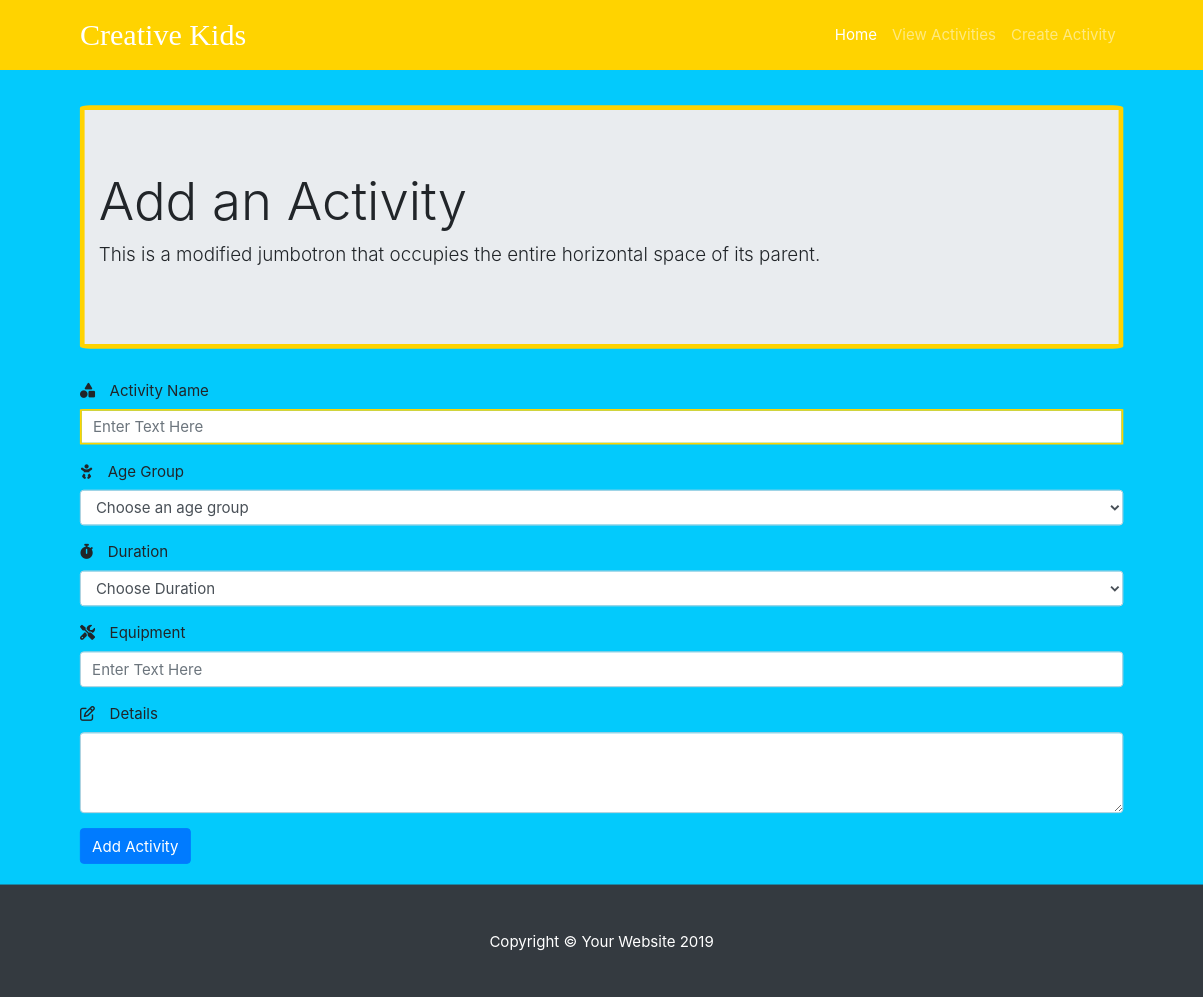
Repository: Neilfoster/milestone_project_3
Page: http://localhost/add_activity
The author's editor kept a record of every edit. The page is drawn from the files as they stood at one moment, then again after the next edit.
The browser window is 1280 px wide. The pictures show the whole page, at 94% of full size.
Some web fonts or font styles are not loaded; a fallback is used. Some web libraries are served in a nearby version. The page is served by the project's application, run on Flask 3 (app.py). Queries for data that is not in the repository find no rows.

Above is the page before.

### templates/add_activity.html
{% extends "base.html" %} {% block content %}
<div class="container">
    <!-- Heading -->
    <div class="jumbotron jumbotron-fluid cstm_jumb">
        <div class="container">
            <h1 class="display-4">Add an Activity</h1>
            <p class="lead">This is a modified jumbotron that occupies the entire horizontal space of its parent.</p>
        </div>
    </div>

    <!--forum -->
    <form action="{{url_for('insert_activity')}}" method="POST">
        <div class="form-group">
            <i class="fas fa-shapes fa-1x "></i>
            <label class="forum_text" for="activity_name">Activity Name</label>
            <input type="text" class="form-control add_forum" id="activity_name" name="activity_name" placeholder="Enter Text Here" required>
        </div>
        <div class="form-group">
            <i class="fas fa-baby "></i>
            <label class="forum_text" for="age_group">Age Group</label>
            <select class="form-control" id="age_group" name="age_group" required>
               <option value="" disabled selected>Choose an age group</option>
               {% for age in ages %}
               <option value="{{age.age_group.capitalize()}}">{{age.age_group.capitalize()}}</option>
               {% endfor %}
            </select>
        </div>
        <div class="form-group">
            <i class="fas fa-stopwatch "></i>
            <label class="forum_text" for="activity_duration">Duration</label>
            <select class="form-control" id="activity_duration" name="activity_duration" required>
                <option value="" disabled selected>Choose Duration</option>
                {% for duration in durations %}
                 <option value="{{duration.activity_duration.capitalize()}}">{{duration.activity_duration.capitalize()}}</option>
                {% endfor %}
            </select>
        </div>
        <div class="form-group">
            <i class="fas fa-tools "></i>
            <label class="forum_text" for="equipment">Equipment</label>
            <input type="text" class="form-control" id="equipment" name="equipment" placeholder="Enter Text Here" required>
        </div>

        <div class="form-group">
            <i class="far fa-edit "></i>
            <label class="forum_text" for="details">Details</label>
            <textarea class="form-control" id="details" name="details" rows="3" required></textarea>
        </div>

        <button class="btn btn-primary my_button" type="submit" name="action">Add Activity</button>
</div>
</form>
{% endblock %}

### templates/base.html
<!DOCTYPE html>
<html lang="en">

<head>

  <meta charset="utf-8">
  <meta name="viewport" content="width=device-width, initial-scale=1, shrink-to-fit=no">
  <meta name="description" content="">
  <meta name="author" content="">

  <title>Creative Kids</title>

  <!-- Bootstrap core CSS -->
  <link href="static/css/bootstrap.min.css" rel="stylesheet">

  <!-- CDN for Bootstrap core CSS -->
  <!-- <link rel="stylesheet" href="https://stackpath.bootstrapcdn.com/bootstrap/4.3.1/css/bootstrap.min.css" type="text/css" /> -->

  <!-- Custom styles for this template -->
  <link href="static/css/small-business.css" rel="stylesheet">

  <!-- Custom styles-->
  <link href="static/css/style.css" rel="stylesheet">

  <!-- Google Fonts-->
  <link href="https://fonts.googleapis.com/css?family=Butterfly+Kids&display=swap" rel="stylesheet">

</head>

<body>

  <!-- Navigation -->
  <nav class="navbar navbar-expand-lg navbar-dark fixed-top cstmnav">
    <div class="container">
      <a class="navbar-brand nav_txt" href="{{url_for('get_activities')}}">Creative Kids</a>
      <button class="navbar-toggler" type="button" data-toggle="collapse" data-target="#navbarResponsive" aria-controls="navbarResponsive" aria-expanded="false" aria-label="Toggle navigation">
        <span class="navbar-toggler-icon"></span>
      </button>
      <div class="collapse navbar-collapse" id="navbarResponsive">
        <ul class="navbar-nav ml-auto">
          <li class="nav-item active">
            <a class="nav-link" href="{{url_for('get_activities')}}">Home
              <span class="sr-only">(current)</span>
            </a>
          </li>
          <li class="nav-item">
            <a class="nav-link" href="{{url_for('activity_view')}}">View Activities</a>
          </li>
          <li class="nav-item">
            <a class="nav-link" href="{{url_for('add_activity')}}">Create Activity</a>
          </li>

        </ul>
      </div>
    </div>
  </nav>

  {% block content %} {% endblock %}



  <!-- Footer -->
  <footer class="py-5 bg-dark">
    <div class="container">
      <p class="m-0 text-center text-white">Copyright &copy; Your Website 2019</p>
    </div>
    <!-- /.container -->
  </footer>


  <!-- Bootstrap core JavaScript -->
  <script src="static/js/jquery.min.js"></script>
  <script src="static/js/bootstrap.bundle.min.js"></script>

<!-- Font Awesome js-->
  <script src="https://kit.fontawesome.com/8aa891fdce.js" crossorigin="anonymous"></script>
</body>

</html>

### app.py
import os
from flask import Flask, render_template, redirect, request, url_for, jsonify
from flask_pymongo import PyMongo, pymongo
from bson.objectid import ObjectId

app = Flask(__name__)

app.config["MONGO_DBNAME"] = 'milestoneproject3me'
app.config["MONGO_URI"] = os.environ.get('mongo_uri')

mongo = PyMongo(app)

@app.route('/')
@app.route('/get_activities')
def get_activities():
    return render_template("home.html",
    activities=mongo.db.Activities.find())

@app.route('/activity_view')
def activity_view():
    # activities=mongo.db.Activities.find().limit(6)

    ages = mongo.db.ages.find()
    durations = mongo.db.duration.find()

    user_supplied_age_group = request.form['age_group']
    user_supplied_activity_duration = request.form['activity_duration']


    activities = mongo.db.Activities.find(
           {
            'age_group': user_supplied_age_group,
            'activity_duration': user_supplied_activity_duration
           }
    )

    return render_template('activity_view.html', ages, durations, activities)


@app.route('/add_activity', methods=['POST', 'GET'])
def add_activity():
    return render_template('add_activity.html',
    ages=mongo.db.ages.find(),
    durations=mongo.db.duration.find())

@app.route('/insert_activity', methods=['POST'])
def insert_activity():
    activities=mongo.db.Activities
    activities.insert_one(request.form.to_dict())
    return redirect(url_for('activity_view'))


if __name__ == "__main__":
    app.run(host=os.environ.get('IP'),
        port=int(os.environ.get('PORT')),
        debug=True)

### static/css/style.css
body {
    background-color: #03cafc;

}

.forum_text {
    margin-left: 1%;
}

.my_button{
    margin-bottom: 2%;
}

.cstmnav{
    background-color: #ffd300;
}

.cstm_jumb{
    border: 5px solid #ffd300;
    border-radius:1%;
    margin-top: 5%;
}

.cstm_select {
    border: 2px solid #ffd300;
    border-radius:1%;
    margin-top:1%;
    margin-bottom: 1%;
}

.cstm_card {
    border: 2px solid #ffd300;
    border-radius:1%;
    margin:1%;
}

.cstm_jumb_home{
    background-color: #ffd300;
}

.nav_txt {
    font-size:2rem;
    font-family: 'Butterfly Kids', cursive;
}

.home_title {
    font-family: 'Butterfly Kids', cursive;
    font-size:3rem;
}

.add_forum {
     border: 2px solid #ffd300;
    border-radius:1%;
}

.add_title {
    font-family: 'Butterfly Kids', cursive;
    font-size: 4rem;
}

.crd_img {
    height: 5%;
    width: 5%;
}

Loaded but not shown: static/css/bootstrap.min.css (library); static/css/small-business.css (common file); static/js/jquery.min.js (library); static/js/bootstrap.bundle.min.js (library)

After the next edit:
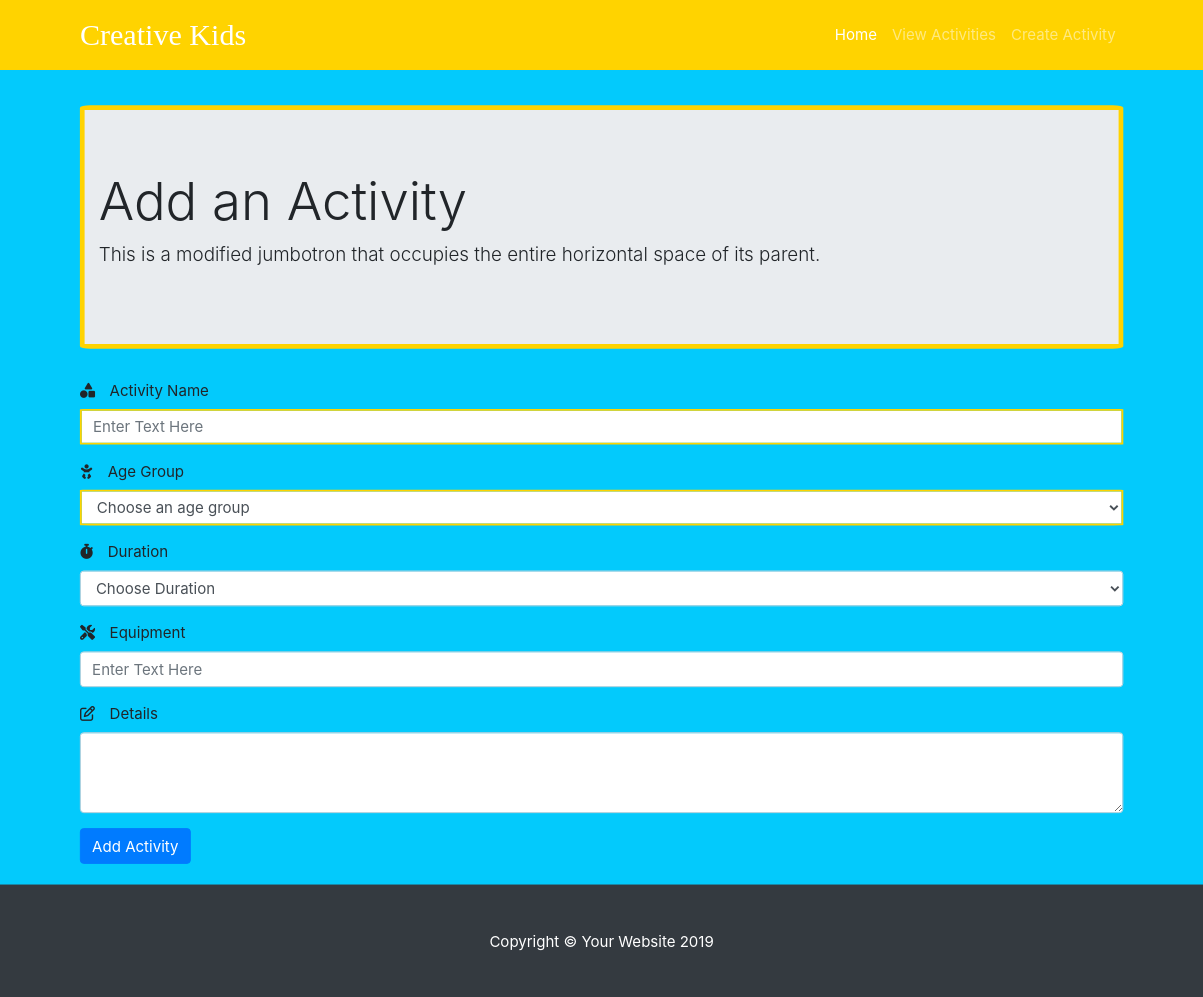
The edit:
--- a/templates/add_activity.html
+++ b/templates/add_activity.html
@@ -18,7 +18,7 @@
         <div class="form-group">
             <i class="fas fa-baby "></i>
             <label class="forum_text" for="age_group">Age Group</label>
-            <select class="form-control" id="age_group" name="age_group" required>
+            <select class="form-control add_forum" id="age_group" name="age_group" required>
                <option value="" disabled selected>Choose an age group</option>
                {% for age in ages %}
                <option value="{{age.age_group.capitalize()}}">{{age.age_group.capitalize()}}</option>
